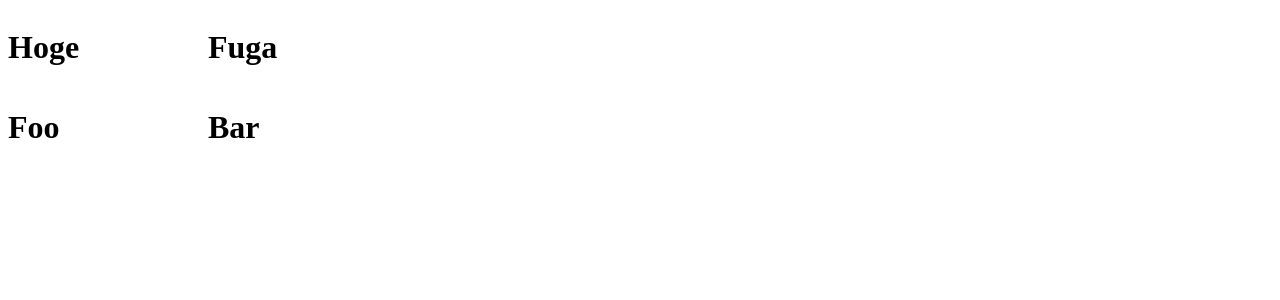
Repository: otanaoyuki/samurai_HTML-CSS
Page: sss.html
The author's editor kept a record of every edit. The page is drawn from the files as they stood at one moment, then again after the next edit.
The browser window is 1280 px wide. The pictures show the whole page.

Above is the page before.

After the next edit:
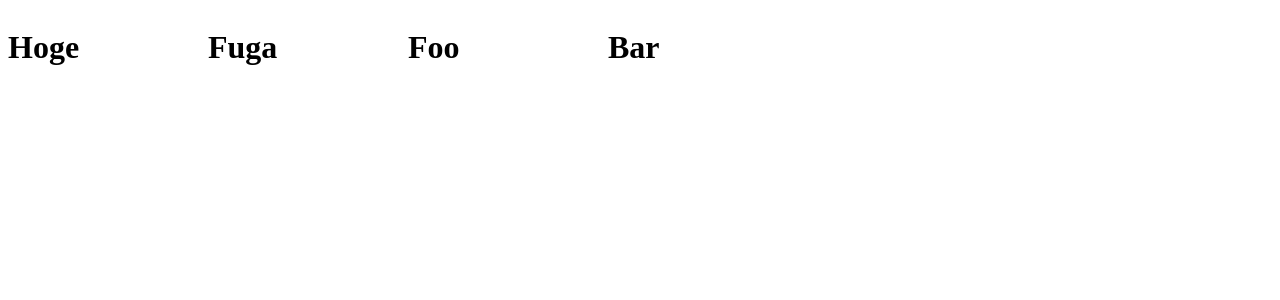
The edit:
--- a/sss.html
+++ b/sss.html
@@ -4,7 +4,7 @@
         <style>
             #grid {
                 display: grid;
-                grid-template-columns: 200px 200px;
+                grid-template-columns: 200px 200px 200px 200px;
             }
         </style>
     </head>
